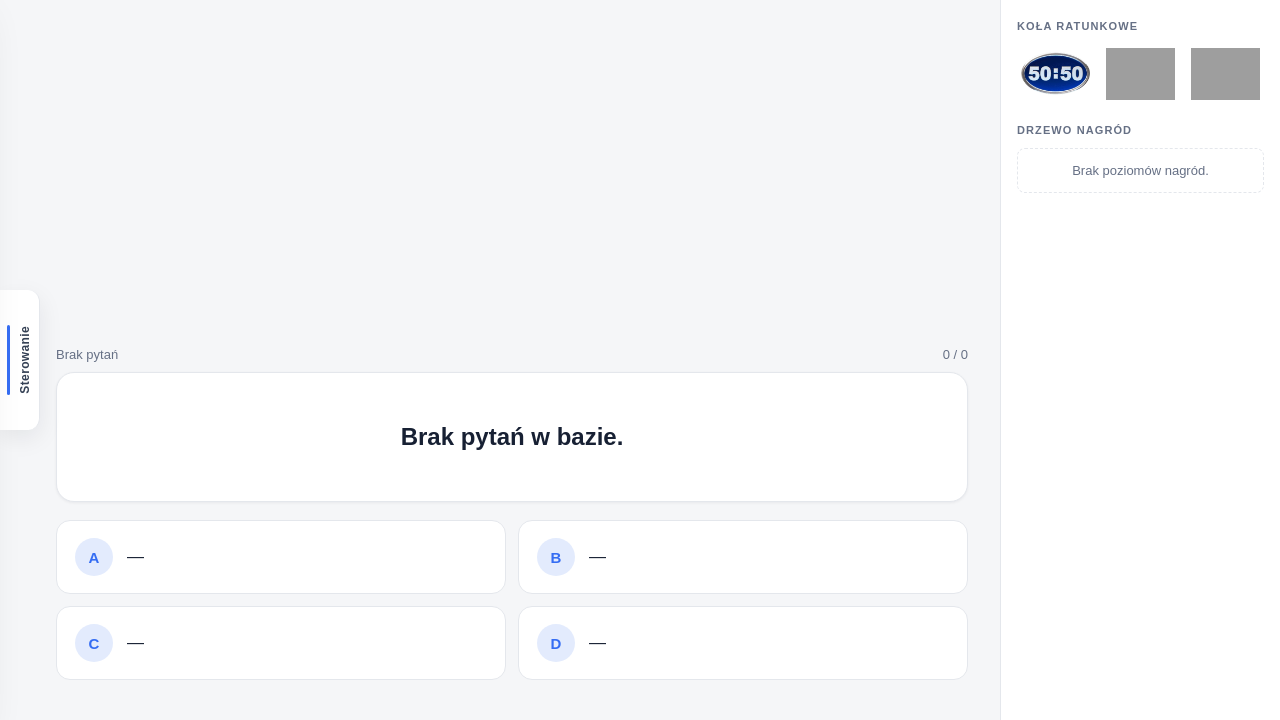
Repository: WaleonGames/HTGMilionerzy
Page: views/game.html
The author's editor kept a copy of each file at every save. The page is drawn from the files as they stood at one save, then again after the next save.
The browser window is 1280 px wide. The pictures show the whole page.
Pictures or frames that could not be fetched are drawn as grey boxes.

Above is the page before, as saved 2026-09-06 11:14:12.

### views/game.html
<!doctype html>
<html lang="pl">
<head>
  <meta charset="UTF-8">
  <meta name="viewport" content="width=device-width,initial-scale=1.0">

  <title>Milionerzy - Gra</title>

  <link rel="stylesheet" href="../public/css/design.css">
  <link rel="stylesheet" href="../public/css/game.css">
</head>
<body>
  <div class="game-app sidebar-hidden">
    <main class="game-stage">
      <section class="game-question-area">
        <div class="game-question-meta">
          <span id="questionNumber">
            Pytanie 1
          </span>

          <span id="questionProgress">
            1 / 12
          </span>
        </div>

        <div
          id="questionText"
          class="game-question"
        >
          Brak załadowanego pytania.
        </div>

        <div
          id="answersGrid"
          class="game-answers"
        >
          <button
            class="game-answer"
            data-answer="A"
            type="button"
          >
            <span class="game-answer-letter">
              A
            </span>

            <span
              id="answerTextA"
              class="game-answer-text"
            >
              —
            </span>
          </button>

          <button
            class="game-answer"
            data-answer="B"
            type="button"
          >
            <span class="game-answer-letter">
              B
            </span>

            <span
              id="answerTextB"
              class="game-answer-text"
            >
              —
            </span>
          </button>

          <button
            class="game-answer"
            data-answer="C"
            type="button"
          >
            <span class="game-answer-letter">
              C
            </span>

            <span
              id="answerTextC"
              class="game-answer-text"
            >
              —
            </span>
          </button>

          <button
            class="game-answer"
            data-answer="D"
            type="button"
          >
            <span class="game-answer-letter">
              D
            </span>

            <span
              id="answerTextD"
              class="game-answer-text"
            >
              —
            </span>
          </button>
        </div>
      </section>
    </main>

    <aside class="game-sidebar hidden">
      <section class="game-sidebar-section">
        <div class="game-sidebar-title">
          Koła ratunkowe
        </div>

        <div class="game-lifelines">
          <div
            class="game-lifeline"
            title="50:50"
          >
            <img
              src="../public/assets/lifelines/50-50.png"
              alt="50:50"
            >
          </div>

          <div
            class="game-lifeline"
            title="Publiczność"
          >
            <img
              src="../public/assets/lifelines/audience.png"
              alt="Publiczność"
            >
          </div>

          <div
            class="game-lifeline"
            title="Pytanie do hosta"
          >
            <img
              src="../public/assets/lifelines/host.png"
              alt="Pytanie do hosta"
            >
          </div>
        </div>
      </section>

      <section class="game-sidebar-section game-sidebar-section-grow">
        <div class="game-sidebar-title">
          Drzewo nagród
        </div>

        <div
          id="gamePrizeTree"
          class="game-prize-tree"
        ></div>
      </section>
    </aside>

    <button
      id="openControlsButton"
      class="game-control-rail"
      type="button"
      aria-label="Otwórz sterowanie"
      title="Sterowanie"
    >
      <span class="game-control-rail-line"></span>

      <span class="game-control-rail-label">
        Sterowanie
      </span>
    </button>

    <div
      id="controlsBackdrop"
      class="game-offcanvas-backdrop"
      hidden
    ></div>

    <aside
      id="controlsPanel"
      class="game-offcanvas"
      aria-hidden="true"
    >
      <div class="game-offcanvas-header">
        <div>
          <span class="game-eyebrow">
            HOST
          </span>

          <h2>
            Sterowanie
          </h2>
        </div>

        <button
          id="closeControlsButton"
          class="game-icon-button"
          type="button"
          aria-label="Zamknij"
        >
          ×
        </button>
      </div>

      <div class="game-offcanvas-content">
        <section class="game-control-section">
          <h3>
            Wyświetlanie
          </h3>

          <button
            id="showQuestionButton"
            class="game-button"
            type="button"
          >
            Pokaż pytanie
          </button>

          <button
            id="showAnswersButton"
            class="game-button"
            type="button"
          >
            Pokaż odpowiedzi
          </button>

          <button
            id="toggleSidebarButton"
            class="game-button"
            type="button"
          >
            Pokaż panel boczny
          </button>
        </section>

        <section class="game-control-section">
          <h3>
            Odpowiedź gracza
          </h3>

          <div class="game-selected-answer">
            <span>
              Wybrana odpowiedź
            </span>

            <strong id="selectedAnswer">
              Brak
            </strong>
          </div>

          <button
            id="checkAnswerButton"
            class="game-button game-button-primary"
            type="button"
            disabled
          >
            Sprawdź odpowiedź
          </button>
        </section>

        <section class="game-control-section">
          <h3>
            Wynik
          </h3>

          <div class="game-result">
            <span>
              Status
            </span>

            <strong id="answerResult">
              —
            </strong>
          </div>
        </section>

        <section class="game-control-section">
          <h3>
            Nawigacja
          </h3>

          <div class="game-control-grid">
            <button
              id="previousQuestionButton"
              class="game-button"
              type="button"
            >
              Poprzednie
            </button>

            <button
              id="nextQuestionButton"
              class="game-button game-button-primary"
              type="button"
            >
              Następne
            </button>
          </div>
        </section>
      </div>

      <div class="game-offcanvas-footer">
        <button
          id="exitGameButton"
          class="game-button game-button-danger"
          type="button"
        >
          Zakończ rozgrywkę
        </button>
      </div>
    </aside>
  </div>

  <script src="../public/js/design.js"></script>
  <script src="../public/js/game.js"></script>
</body>
</html>

### public/css/game.css
*{
  box-sizing:border-box;
  margin:0;
  padding:0;
}

html,
body{
  width:100%;
  min-height:100%;
}

body{
  min-height:100vh;
  overflow:hidden;
  font-family:Arial,sans-serif;
  background:var(--design-bg);
  color:var(--design-text);
}

button{
  font:inherit;
  cursor:pointer;
}

[hidden]{
  display:none !important;
}

/* =========================
   APP
========================= */

.game-app{
  position:relative;

  display:grid;
  grid-template-columns:minmax(0,1fr) 280px;

  width:100%;
  min-height:100vh;

  background:var(--design-bg);
}

/* =========================
   STAGE
========================= */

.game-stage{
  display:flex;
  align-items:flex-end;
  justify-content:center;

  min-width:0;
  min-height:100vh;

  padding:32px 32px 40px 56px;
}

.game-question-area{
  width:min(1250px,100%);
}

/* =========================
   QUESTION META
========================= */

.game-question-meta{
  display:flex;
  align-items:center;
  justify-content:space-between;
  gap:20px;

  margin-bottom:10px;

  color:var(--design-muted);

  font-size:13px;
}

/* =========================
   QUESTION
========================= */

.game-question{
  display:flex;
  align-items:center;
  justify-content:center;

  min-height:130px;

  padding:24px 30px;

  border:1px solid var(--design-border);
  border-radius:18px;

  background:var(--design-surface);
  color:var(--design-text);

  box-shadow:var(--design-shadow-sm);

  font-size:24px;
  font-weight:700;
  line-height:1.45;

  text-align:center;
}

/* =========================
   ANSWERS
========================= */

.game-answers{
  display:grid;
  grid-template-columns:1fr 1fr;
  gap:12px;

  margin-top:18px;
}

.game-answer{
  display:flex;
  align-items:center;
  gap:14px;

  min-height:74px;

  padding:14px 18px;

  border:1px solid var(--design-border);
  border-radius:14px;

  background:var(--design-surface);
  color:var(--design-text);

  text-align:left;

  transition:
    background .15s ease,
    border-color .15s ease,
    transform .15s ease;
}

.game-answer:hover{
  background:var(--design-surface-hover);
  border-color:var(--design-border-strong);
}

.game-answer:active{
  transform:scale(.99);
}

.game-answer-letter{
  display:flex;
  align-items:center;
  justify-content:center;

  width:38px;
  height:38px;

  flex:0 0 38px;

  border-radius:50%;

  background:color-mix(
    in srgb,
    var(--design-primary) 14%,
    var(--design-surface) 86%
  );

  color:var(--design-primary);

  font-size:15px;
  font-weight:800;
}

.game-answer-text{
  min-width:0;

  color:var(--design-text);

  font-size:17px;
  line-height:1.4;
}

/* =========================
   ANSWER STATES
========================= */

.game-answer.selected{
  background:color-mix(
    in srgb,
    var(--design-primary) 18%,
    var(--design-surface) 82%
  );

  color:var(--design-text);

  border-color:var(--design-primary);
}

.game-answer.selected .game-answer-letter{
  background:var(--design-primary);
  color:#fff;
}

.game-answer.selected .game-answer-text{
  color:var(--design-text);
}

.game-answer.correct{
  background:var(--design-success-light);
  color:var(--design-success);

  border-color:var(--design-success-border);
}

.game-answer.correct .game-answer-letter{
  background:var(--design-success);
  color:#fff;
}

.game-answer.correct .game-answer-text{
  color:var(--design-success);
}

.game-answer.wrong{
  background:var(--design-danger-light);
  color:var(--design-danger);

  border-color:var(--design-danger-border);
}

.game-answer.wrong .game-answer-letter{
  background:var(--design-danger);
  color:#fff;
}

.game-answer.wrong .game-answer-text{
  color:var(--design-danger);
}

/* =========================
   SIDEBAR
========================= */

.game-sidebar{
  display:flex;
  flex-direction:column;
  gap:20px;

  min-width:0;
  min-height:100vh;

  padding:20px 16px;

  background:var(--design-surface);

  border-left:1px solid var(--design-border);
}

.game-sidebar-section{
  display:flex;
  flex-direction:column;
  gap:12px;
}

.game-sidebar-section-grow{
  flex:1;
  min-height:0;
}

.game-sidebar-title{
  color:var(--design-muted);

  font-size:11px;
  font-weight:800;

  letter-spacing:.1em;
  text-transform:uppercase;
}

/* =========================
   LIFELINES
========================= */

.game-lifelines{
  display:grid;
  grid-template-columns:repeat(3,minmax(0,1fr));
  gap:8px;
}

.game-lifeline{
  display:flex;
  align-items:center;
  justify-content:center;

  min-width:0;
  min-height:58px;

  padding:4px;

  background:transparent;
}

.game-lifeline img{
  display:block;

  width:100%;
  max-width:78px;
  height:auto;

  object-fit:contain;

  user-select:none;
  pointer-events:none;
}

/* =========================
   PRIZE TREE
========================= */

.game-prize-tree{
  display:flex;
  flex-direction:column;
  gap:5px;

  min-height:0;
}

.game-prize-item{
  display:grid;
  grid-template-columns:32px minmax(0,1fr);
  align-items:center;
  gap:8px;

  min-height:34px;

  padding:6px 9px;

  border-radius:7px;

  color:var(--design-text-soft);

  transition:
    background .15s ease,
    color .15s ease;
}

.game-prize-item:hover{
  background:var(--design-surface-hover);
}

.game-prize-level{
  color:var(--design-muted);

  font-size:12px;
  font-weight:700;
}

.game-prize-amount{
  min-width:0;

  color:inherit;

  font-size:13px;
  font-weight:700;

  text-align:right;
}

/* =========================
   GUARANTEED PRIZE
========================= */

.game-prize-item.guaranteed{
  color:var(--design-primary);
}

.game-prize-item.guaranteed .game-prize-level{
  color:var(--design-primary);
}

/* =========================
   ACTIVE PRIZE
========================= */

.game-prize-item.active{
  background:var(--design-primary);
  color:#fff;
}

.game-prize-item.active .game-prize-level{
  color:#fff;
}

.game-prize-item.active .game-prize-amount{
  color:#fff;
}

/* =========================
   EMPTY PRIZE TREE
========================= */

.game-prize-empty{
  padding:14px;

  border:1px dashed var(--design-border);
  border-radius:8px;

  color:var(--design-muted);

  font-size:13px;
  text-align:center;
}

/* =========================
   CONTROL RAIL
========================= */

.game-control-rail{
  position:fixed;

  top:50%;
  left:0;

  z-index:700;

  display:flex;
  align-items:center;
  gap:8px;

  height:140px;

  padding:10px 7px;

  border:0;
  border-right:1px solid var(--design-border);

  border-radius:0 12px 12px 0;

  background:var(--design-surface);
  color:var(--design-text-soft);

  box-shadow:var(--design-shadow-md);

  transform:translateY(-50%);
}

.game-control-rail:hover{
  background:var(--design-surface-hover);
  color:var(--design-text);
}

.game-control-rail-line{
  display:block;

  width:3px;
  height:70px;

  border-radius:999px;

  background:var(--design-primary);
}

.game-control-rail-label{
  writing-mode:vertical-rl;

  transform:rotate(180deg);

  font-size:12px;
  font-weight:700;

  letter-spacing:.03em;
}

/* =========================
   BUTTON
========================= */

.game-button{
  display:inline-flex;
  align-items:center;
  justify-content:center;

  min-height:40px;

  padding:0 14px;

  border:1px solid var(--design-border);
  border-radius:9px;

  background:var(--design-surface);
  color:var(--design-text-soft);

  font-size:14px;
  font-weight:700;
}

.game-button:hover{
  background:var(--design-surface-hover);
  color:var(--design-text);

  border-color:var(--design-border-strong);
}

.game-button:disabled{
  opacity:.5;
  cursor:not-allowed;
}

.game-button-primary{
  background:var(--design-primary);
  color:#fff;

  border-color:var(--design-primary);
}

.game-button-primary:hover{
  background:var(--design-primary-hover);
  color:#fff;

  border-color:var(--design-primary-hover);
}

.game-button-danger{
  background:var(--design-danger-light);
  color:var(--design-danger);

  border-color:var(--design-danger-border);
}

.game-button-danger:hover{
  color:var(--design-danger-hover);

  border-color:var(--design-danger-hover);
}

/* =========================
   OFFCANVAS BACKDROP
========================= */

.game-offcanvas-backdrop{
  position:fixed;
  inset:0;

  z-index:900;

  background:rgba(0,0,0,.42);

  backdrop-filter:blur(1px);
}

/* =========================
   OFFCANVAS
========================= */

.game-offcanvas{
  position:fixed;

  top:0;
  left:0;
  bottom:0;

  z-index:1000;

  display:flex;
  flex-direction:column;

  width:min(400px,calc(100vw - 32px));

  background:var(--design-surface);

  border-right:1px solid var(--design-border);

  box-shadow:var(--design-shadow-lg);

  transform:translateX(-105%);

  transition:transform .22s ease;
}

.game-offcanvas.open{
  transform:translateX(0);
}

/* =========================
   OFFCANVAS HEADER
========================= */

.game-offcanvas-header{
  display:flex;
  align-items:center;
  justify-content:space-between;
  gap:16px;

  min-height:78px;

  padding:16px 18px;

  border-bottom:1px solid var(--design-border);
}

.game-offcanvas-header h2{
  margin-top:3px;

  color:var(--design-text);

  font-size:22px;
}

.game-eyebrow{
  color:var(--design-primary);

  font-size:10px;
  font-weight:800;

  letter-spacing:.14em;
}

.game-icon-button{
  display:flex;
  align-items:center;
  justify-content:center;

  width:38px;
  height:38px;

  flex:0 0 38px;

  border:1px solid var(--design-border);
  border-radius:9px;

  background:var(--design-surface);
  color:var(--design-text);

  font-size:22px;
}

.game-icon-button:hover{
  background:var(--design-surface-hover);
}

/* =========================
   OFFCANVAS CONTENT
========================= */

.game-offcanvas-content{
  display:flex;
  flex:1;
  flex-direction:column;
  gap:18px;

  min-height:0;

  padding:18px;

  overflow:auto;
}

.game-control-section{
  display:flex;
  flex-direction:column;
  gap:10px;
}

.game-control-section h3{
  color:var(--design-text);

  font-size:14px;
}

.game-control-section>.game-button{
  width:100%;
}

/* =========================
   VALUES
========================= */

.game-selected-answer,
.game-result{
  display:flex;
  flex-direction:column;
  gap:5px;

  padding:13px;

  border:1px solid var(--design-border);
  border-radius:10px;

  background:var(--design-surface-soft);
}

.game-selected-answer span,
.game-result span{
  color:var(--design-muted);

  font-size:12px;
}

.game-selected-answer strong,
.game-result strong{
  color:var(--design-text);

  font-size:17px;
}

/* =========================
   CONTROL GRID
========================= */

.game-control-grid{
  display:grid;
  grid-template-columns:1fr 1fr;
  gap:9px;
}

/* =========================
   OFFCANVAS FOOTER
========================= */

.game-offcanvas-footer{
  padding:16px 18px;

  border-top:1px solid var(--design-border);
}

.game-offcanvas-footer .game-button{
  width:100%;
}

/* =========================
   RESPONSIVE
========================= */

@media(max-width:900px){
  .game-app{
    grid-template-columns:minmax(0,1fr) 230px;
  }

  .game-sidebar{
    padding:16px 12px;
  }

  .game-stage{
    padding-right:20px;
  }
}

@media(max-width:700px){
  body{
    overflow:auto;
  }

  .game-app{
    display:block;
  }

  .game-stage{
    min-height:100vh;

    padding:20px 14px 24px 54px;
  }

  .game-question{
    min-height:110px;

    padding:20px;

    font-size:20px;
  }

  .game-answers{
    grid-template-columns:1fr;
  }

  .game-sidebar{
    min-height:auto;

    border-top:1px solid var(--design-border);
    border-left:0;
  }

  .game-control-rail{
    height:120px;
  }
}

Loaded but not shown: public/js/game.js (681 lines, source omitted); public/js/design.js (200 lines, source omitted); public/css/design.css (1034 lines, source omitted)

After the next save:
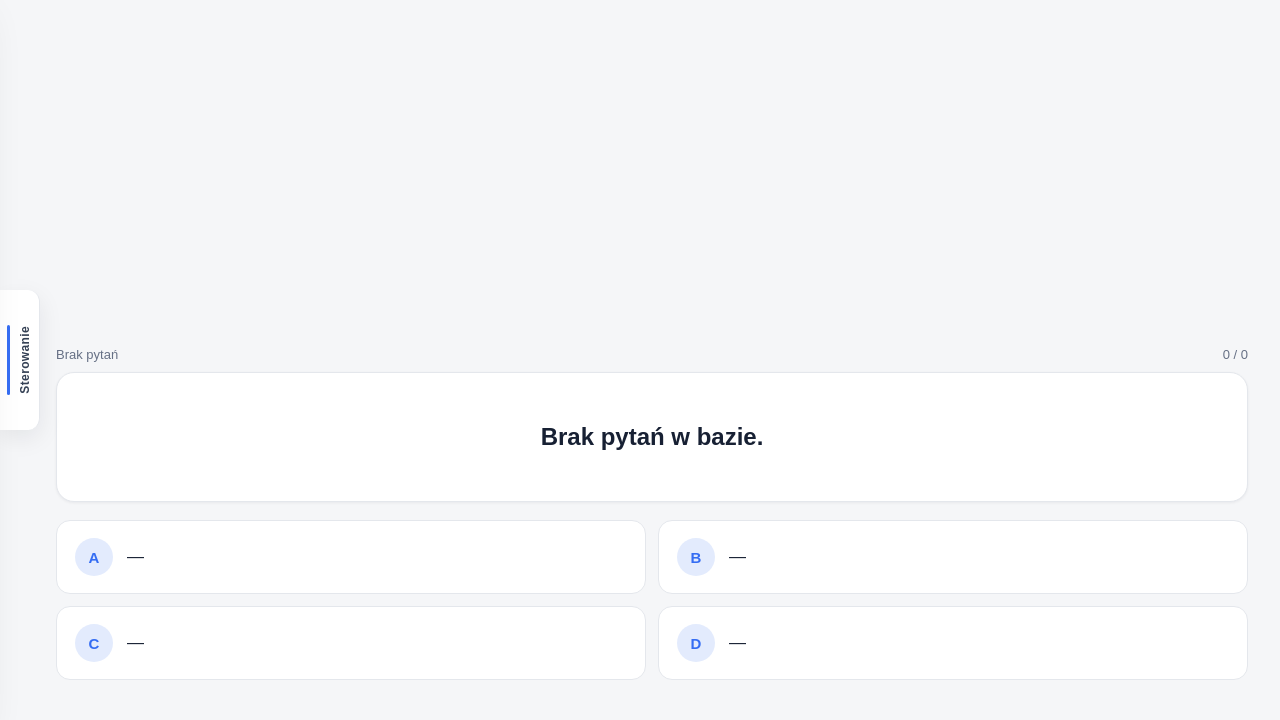
Saved 57 s later.
--- a/public/css/game.css
+++ b/public/css/game.css
@@ -242,6 +242,18 @@ button{
 }
 
 /* =========================
+   SIDEBAR VISIBILITY
+========================= */
+
+.game-sidebar.hidden{
+  display:none;
+}
+
+.game-app.sidebar-hidden{
+  grid-template-columns:minmax(0,1fr);
+}
+
+/* =========================
    SIDEBAR
 ========================= */
 
